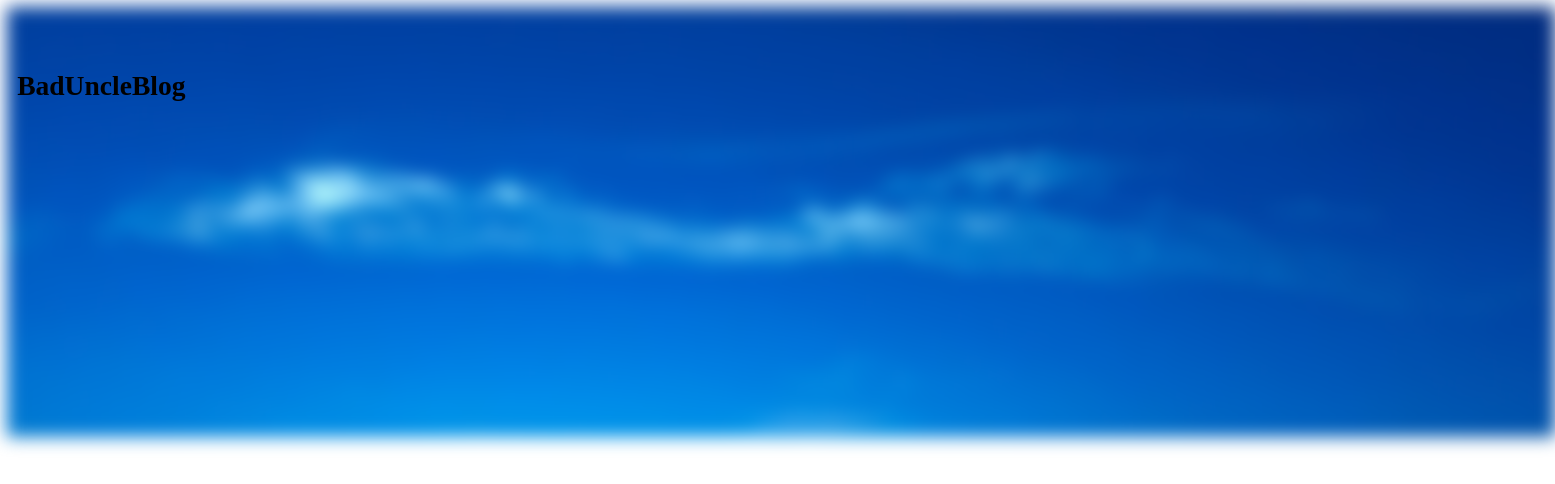
Repository: lidasi/monkeyLife
Page: http://localhost/monkeyLife/jsp/topbar.jsp
These files come from the project's save history. The page is drawn as it stood at one moment and after the next save; the edit follows.
The browser window is 1280 px wide. The page is 1808 px wide, so the pictures cover 1808 px, including what lies to the right of the window. The pictures show the whole page, at 86% of full size.
The page is served by Tomcat 9.

Above is the page before, as saved 2017-07-13 06:47:32.

### workSpeaces/monkeyLife/WebContent/jsp/topbar.jsp
<%@ page language="java" contentType="text/html; charset=UTF-8"
    pageEncoding="UTF-8"%>
<!DOCTYPE html PUBLIC "-//W3C//DTD HTML 4.01 Transitional//EN" "http://www.w3.org/TR/html4/loose.dtd">
<html>
<head>
<meta http-equiv="Content-Type" content="text/html; charset=UTF-8">
<link rel="stylesheet" type="text/css" media="screen" href="../css/top.css">
<script type="text/javascript" src="../js/jquery.min.js"></script>
<title>topbar</title>
<script type="text/javascript">
        $(function(){
            var height = 500;
            var width = 1800;
            $("#backgroundImage").height(height).width(width);
        });
    </script>
</head>
<body>
	<div id="backgroundImage">

	</div>
	<div id="title"><h1>BadUncleBlog</h1></div>
</body>
</html>

### workSpeaces/monkeyLife/WebContent/css/top.css
@CHARSET "UTF-8";
#backgroundImage{
/*    border: 1px solid #CCCCCC;
    padding:90px 5px 10px;*/
    background: url("../image/dock/backgroundImage.jpg") no-repeat;
    background-size: cover;
    -webkit-filter: blur(10px);
    -ms-filter: blur(10px);
    position:relative;
    filter: progid:DXImageTransform.Microsoft.Blur(PixelRadius=10, MakeShadow=false);
    animation:mymove 5s infinite;
    -webkit-animation:mymove 5s infinite;
}
@keyframes mymove
{
    0%   {top:0px; background:url("../image/dock/backgroundImage.jpg");}
    50% {top:0px; background:url("../image/dock/background_001.jpg");}
    100% {top:0px; background:url("../image/dock/backgroundImage.jpg");}
}

@-webkit-keyframes mymove
{
    0%   {top:0px; background:url("../image/dock/backgroundImage.jpg");
    }
    50%   {top:0px; background:url("../image/dock/background_001.jpg");
    }
    100% {top:0px; background:url("../image/dock/backgroundImage.jpg");
    }
}

#title { position: fixed; top: 60px; left: 20px; }

Loaded but not shown: workSpeaces/monkeyLife/WebContent/js/jquery.min.js (library)

After the next save:
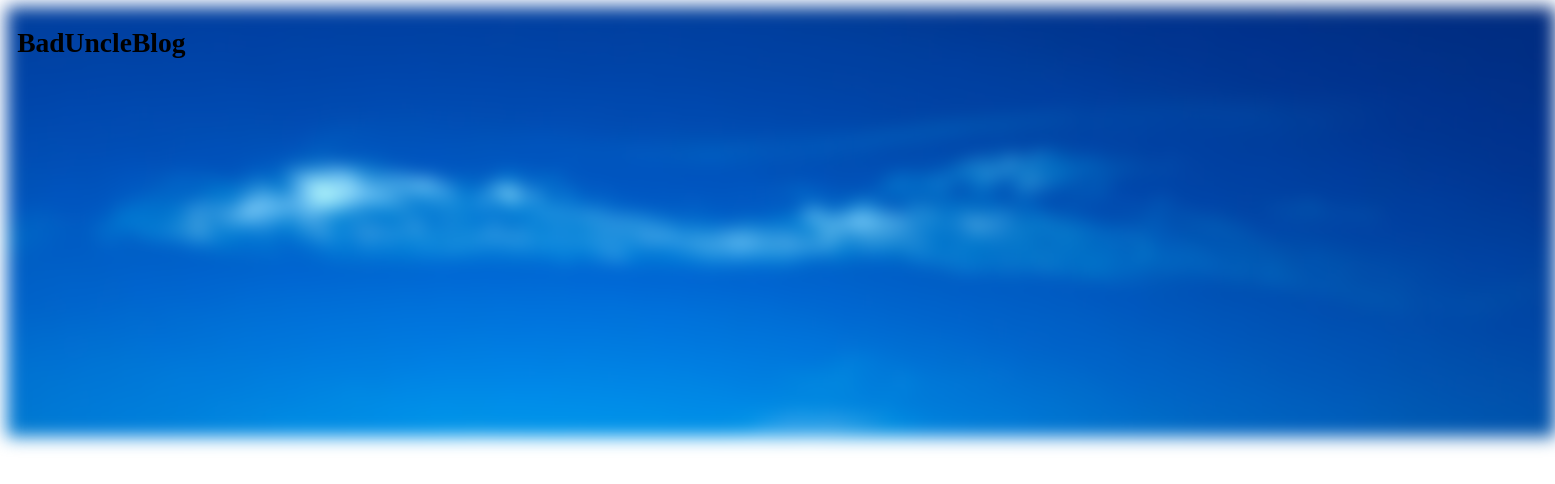
Saved 11 s later.
--- a/workSpeaces/monkeyLife/WebContent/css/top.css
+++ b/workSpeaces/monkeyLife/WebContent/css/top.css
@@ -28,4 +28,4 @@
     }
 }
 
-#title { position: fixed; top: 60px; left: 20px; }
+#title { position: fixed; top: 10px; left: 20px; }
